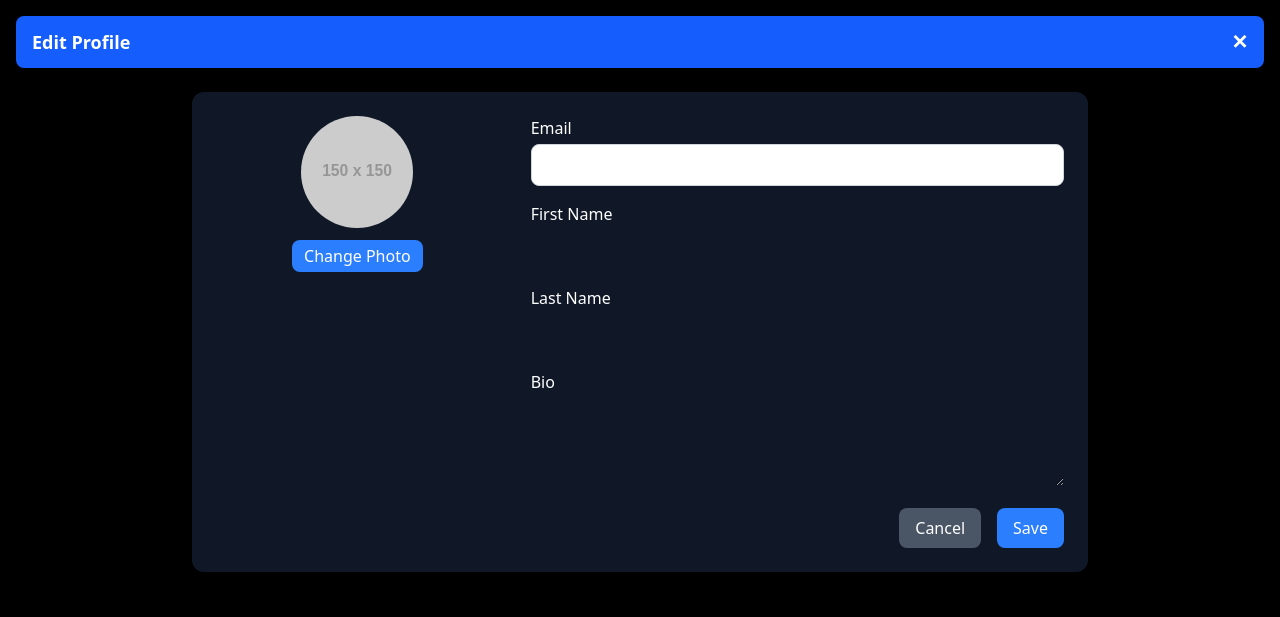
Repository: Tushal27/LinkdPlus-Frontend
Page: /Edit-Profile
The author's editor kept a copy of each file at every save. The page is drawn from the files as they stood at one save, then again after the next save.
The browser window is 1280 px wide. The pictures show the whole page.
The page's requests for data from a server got no answer. The project was rebuilt for these pictures with package versions that can differ from the ones it lists, and the page was loaded fresh each time. No one was signed in, and anything a server would have sent is missing. Also part of the build but not shown: vite.config.js, src/pages/Login.jsx, src/pages/Register.jsx, src/pages/HomePage.jsx, src/pages/Profile.jsx, src/components/CommentsDrawer.jsx, src/pages/Posts.jsx. Imported but missing from the stored project, and not drawn on this page: src/components/PostCard, src/pages/Layout.

Above is the page before, as saved 2025-08-04 01:32:03.

After the next save:
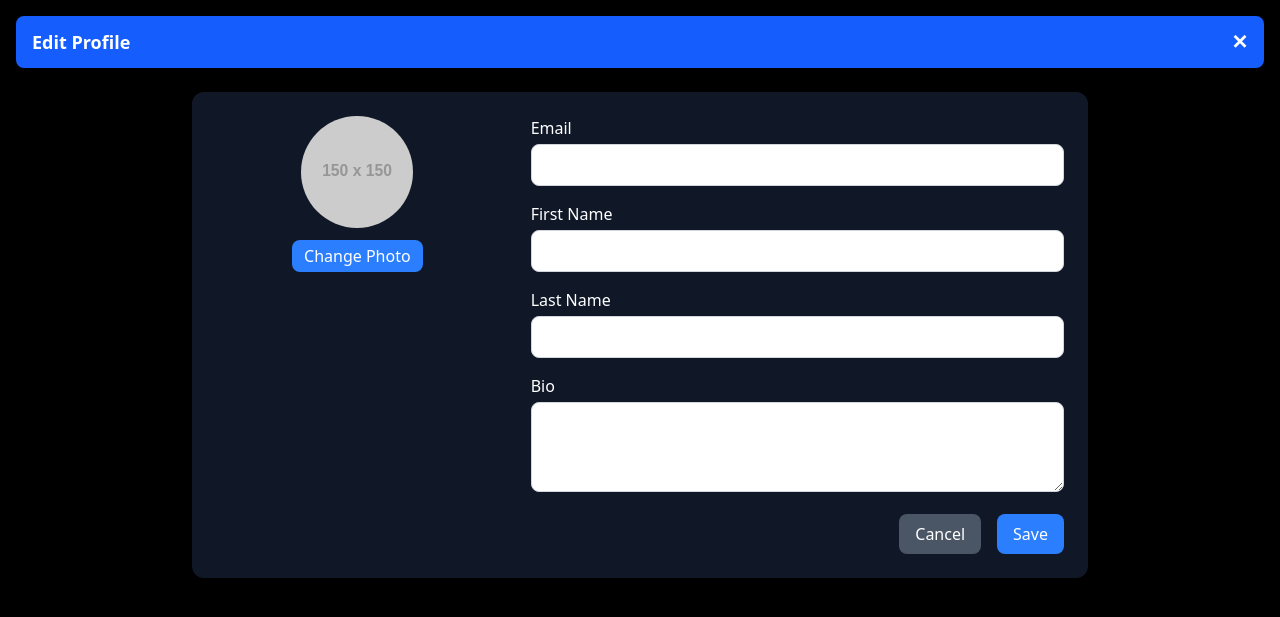
Saved 30 s later.
--- a/src/pages/EditProfile.jsx
+++ b/src/pages/EditProfile.jsx
@@ -119,7 +119,7 @@ const EditProfile = () => {
               name="first_name"
               value={form.first_name}
               onChange={handleChange}
-              className="w-full  text-white p-2 rounded-lg"
+                className="w-full p-2 rounded-lg bg-white text-black border border-gray-300 focus:border-blue-400 focus:ring-2 focus:ring-blue-300 outline-none"
             />
           </div>
           <div>
@@ -129,7 +129,7 @@ const EditProfile = () => {
               name="last_name"
               value={form.last_name}
               onChange={handleChange}
-              className="w-full text-white p-2 rounded-lg "
+                className="w-full p-2 rounded-lg bg-white text-black border border-gray-300 focus:border-blue-400 focus:ring-2 focus:ring-blue-300 outline-none"
             />
           </div>
           <div>
@@ -138,7 +138,7 @@ const EditProfile = () => {
               name="bio"
               value={form.bio}
               onChange={handleChange}
-              className="w-full text-white p-2 rounded-lg ring-"
+                className="w-full p-2 rounded-lg bg-white text-black border border-gray-300 focus:border-blue-400 focus:ring-2 focus:ring-blue-300 outline-none"
               rows="3"
             />
           </div>
